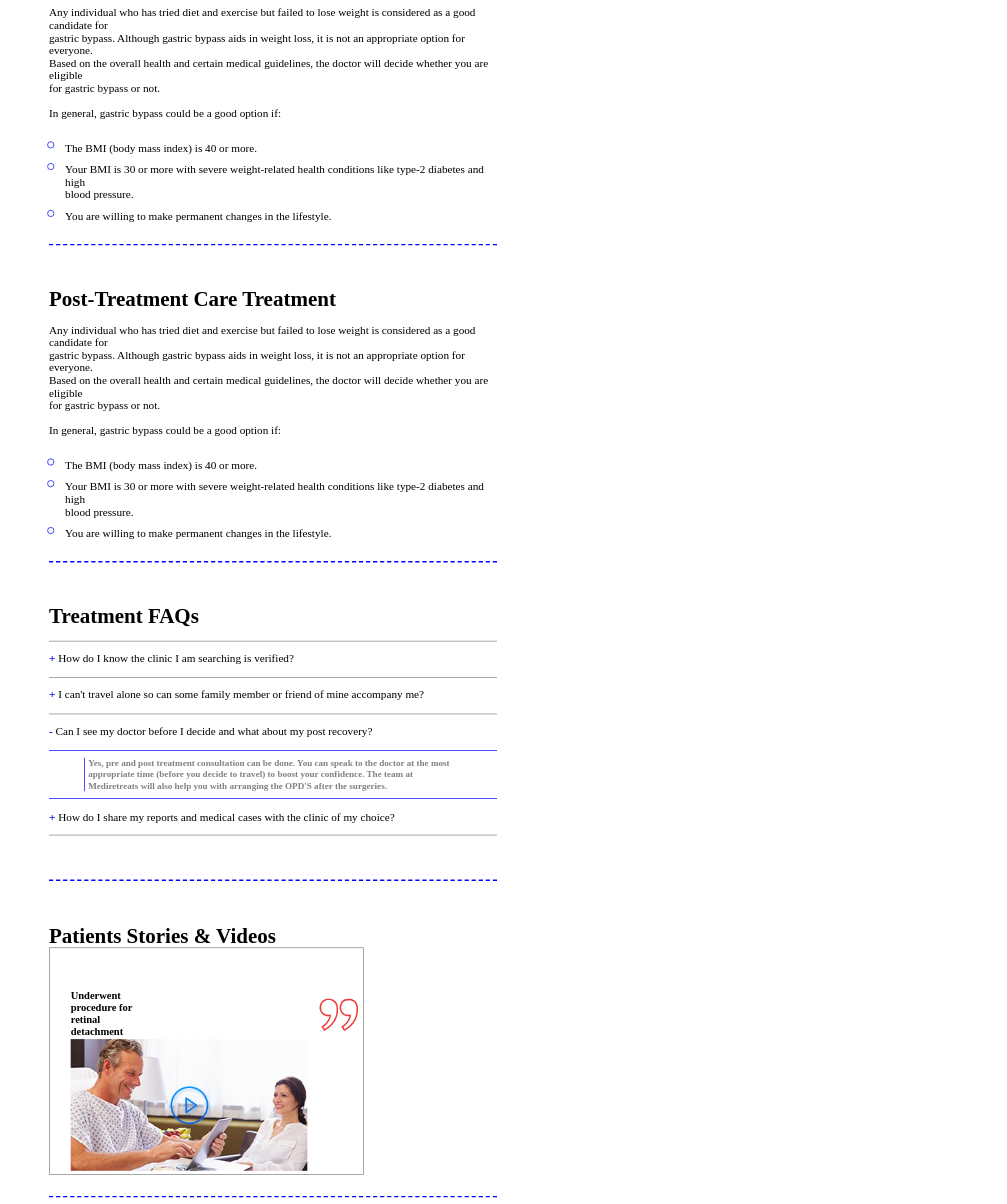
Repository: hetuk2005/webDevelopment
Page: Projects/Aafiya.html
An editor plug-in stored every save of this project. The page is shown before and after the next save, followed by the edit.
The browser window is 1280 px wide. The page is 1438 px wide, so the pictures cover 1438 px, including what lies to the right of the window. The pictures show the part of the page from y = 2799 to 4519 px (the page is 4519 px tall before and 4469 px after), at 70% of full size.

Above is the page before, as saved 2025-04-08 10:37:32.

After the next save:
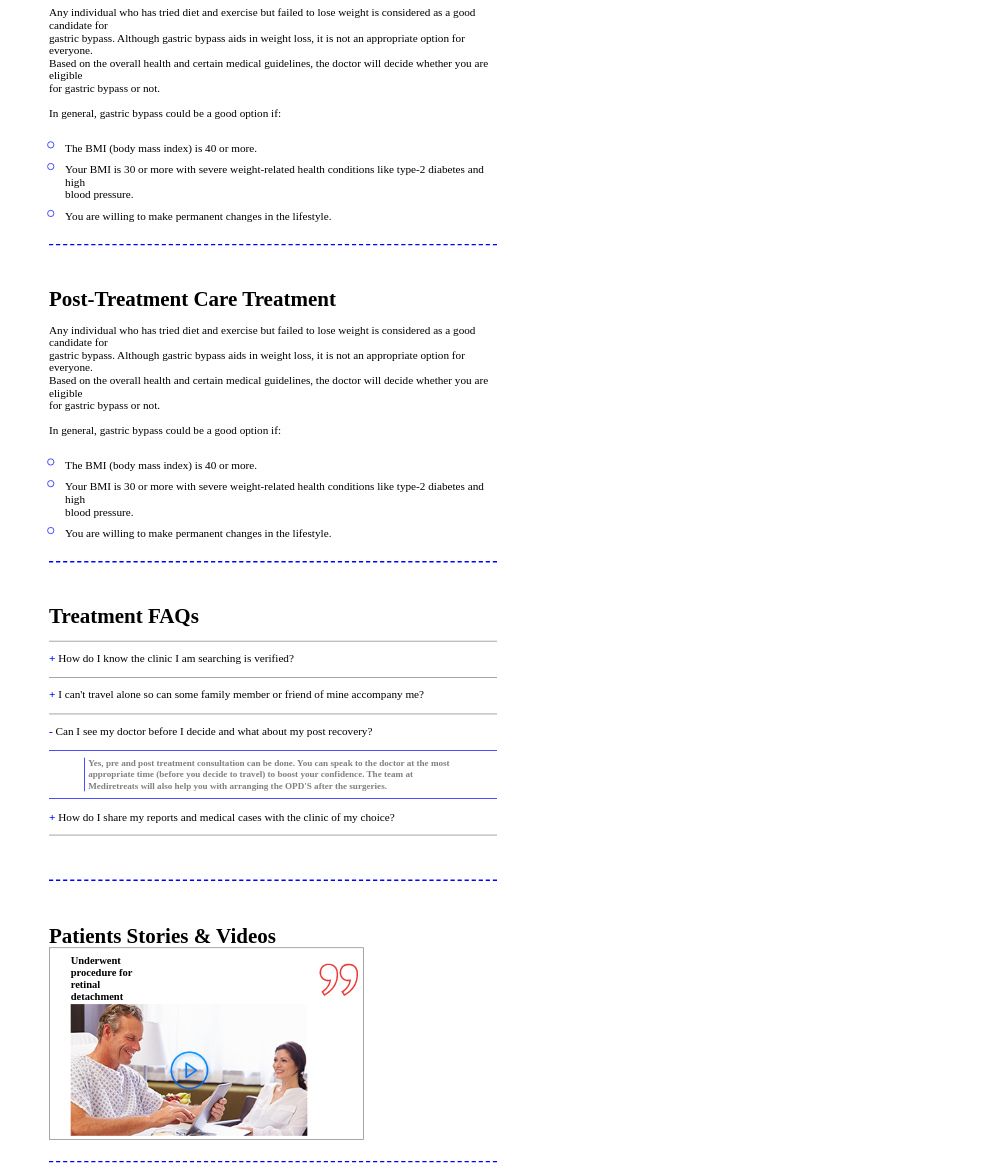
Saved 12 s later.
--- a/Projects/CSS/Aafiya.css
+++ b/Projects/CSS/Aafiya.css
@@ -519,7 +519,7 @@ span {
 .patient_stories>.stories_img>.text1 {
     display: flex;
     gap: 20px;
-    margin-top: 50px;
+    /* margin-top: 50px; */
 }
 
 .patient_stories>.stories_img>.text1>.quotes {
